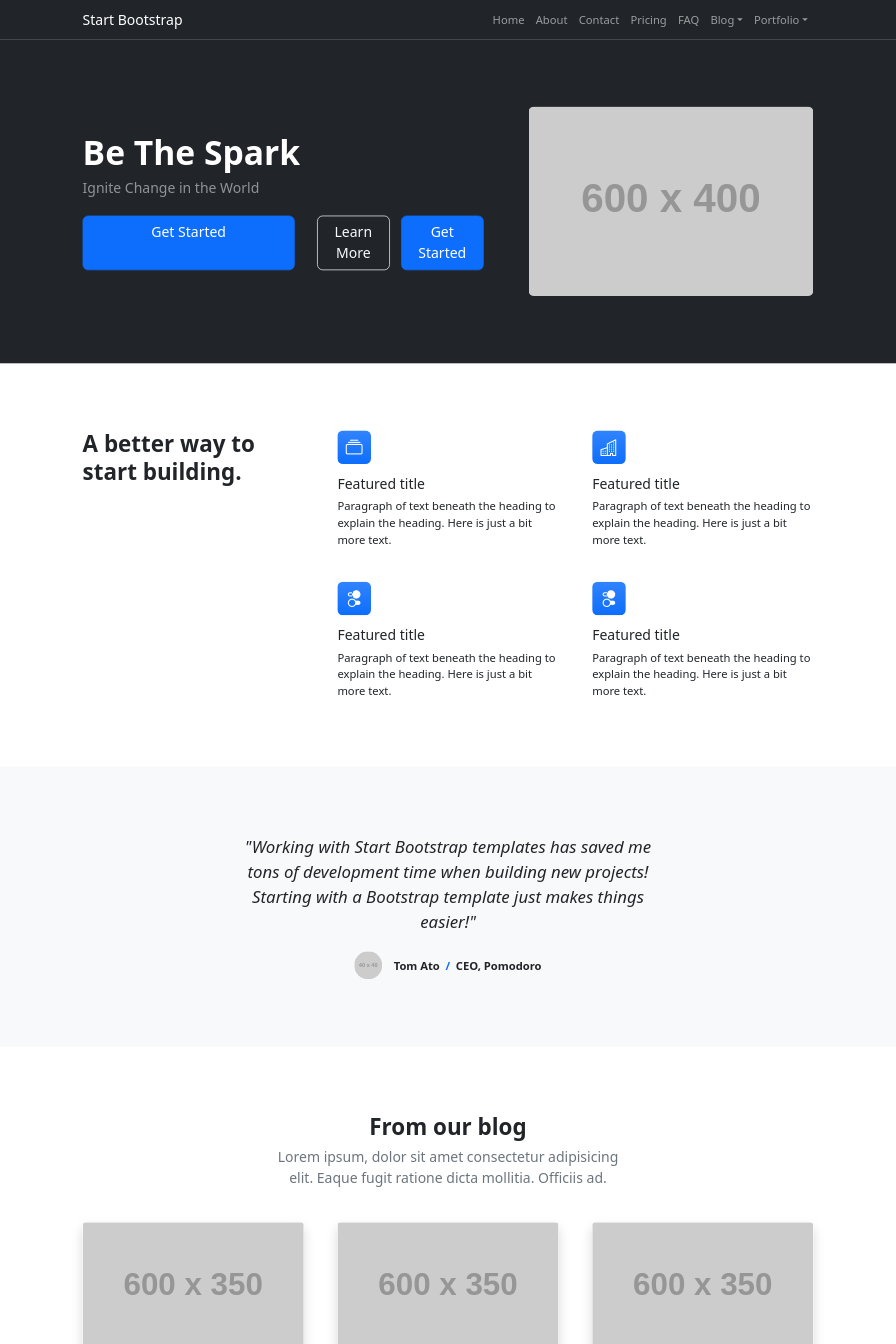
Repository: DragonFruit8/BeTheSpark
Page: index.html
These files come from the project's save history. The page is drawn as it stood at one moment and after a run of saves; the edit follows.
The browser window is 1280 px wide. The pictures show the part of the page from y = 0 to 1920 px (the page is 2663 px tall), at 70% of full size.

Above is the page before, as saved 2024-01-05 08:11:04.

After the next 3 saves:
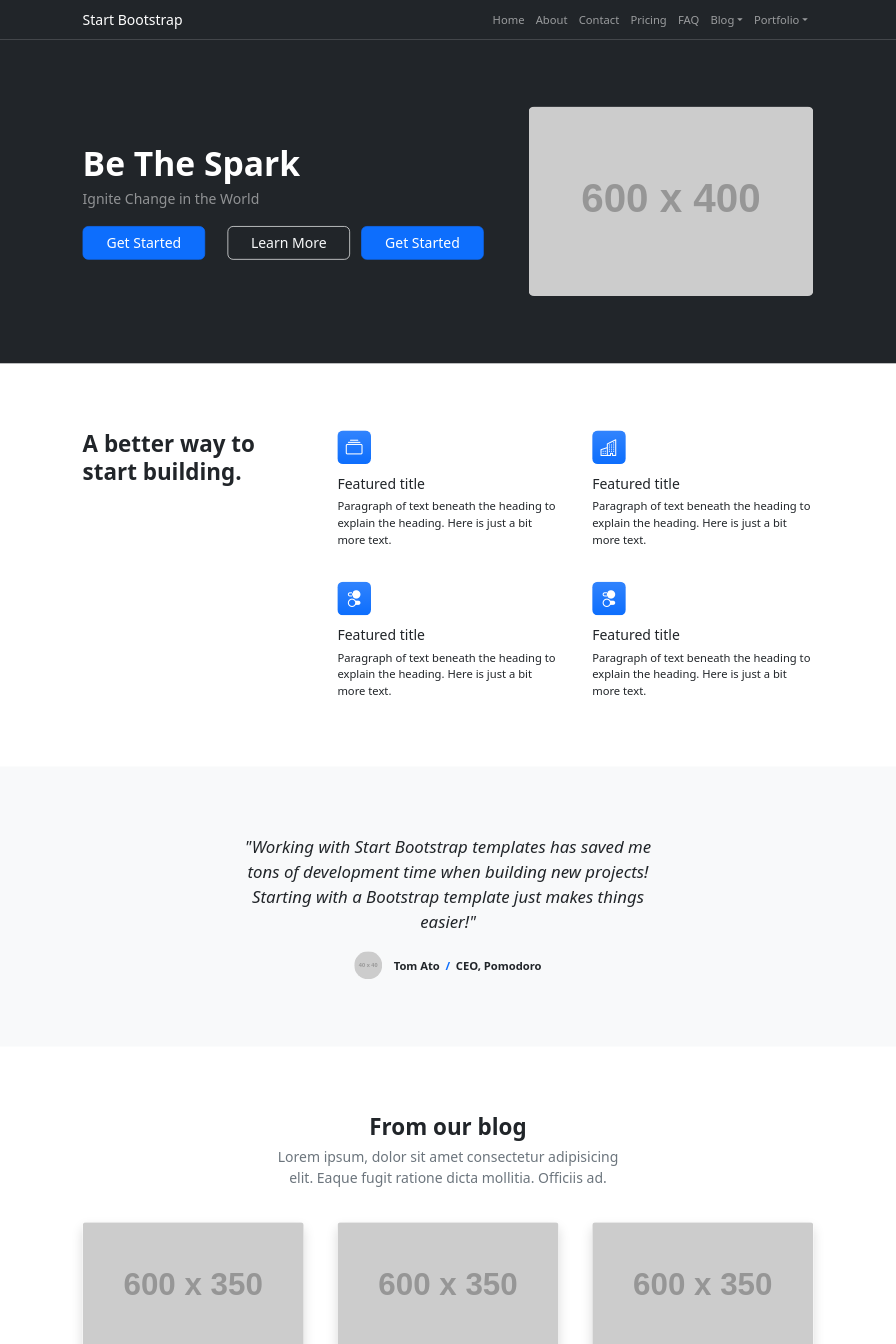
The 3 saves are shown as one change because they came seconds apart.
The last was saved 10 s later.
--- a/index.html
+++ b/index.html
@@ -55,8 +55,8 @@
                                 <p class="lead fw-normal text-white-50 mb-4">Ignite Change in the World</p>
                                 <div class="d-grid gap-3 d-sm-flex justify-content-sm-center justify-content-xl-start">
                                     <a class="btn btn-primary w-100 btn-lg px-4 me-sm-3" href="#features">Get Started</a>
-                                    <a class="btn btn-outline-light btn-lg px-4" href="#!">Learn More</a>
-                                    <a class="btn btn-primary btn-lg px-4 me-sm-3" href="#features">Get Started</a>
+                                    <a class="btn btn-outline-light w-100 btn-lg px-4" href="#!">Learn More</a>
+                                    <a class="btn btn-primary btn-lg w-100 px-4 me-sm-3" href="#features">Get Started</a>
                                 </div>
                             </div>
                         </div>
